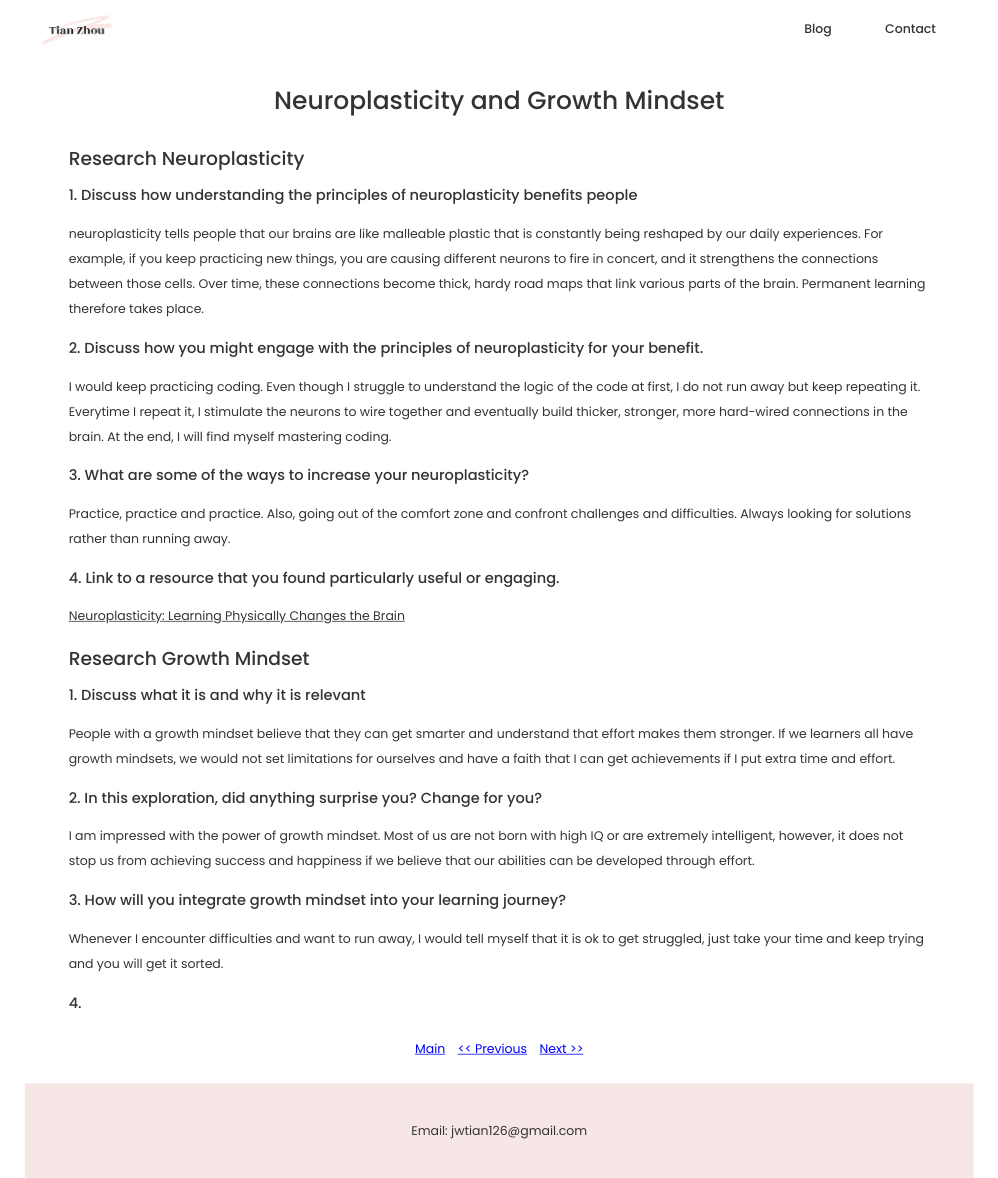
Repository: Tiaanz/Tiaanz.github.io
Page: blog/neuroplasticity.html
The author's editor kept a copy of each file at every save. The page is drawn from the files as they stood at one save, then again after a run of saves.
The browser window is 1280 px wide. The pictures show the whole page, at 78% of full size.

Above is the page before, as saved 2023-01-30 14:37:30.

After the next 3 saves:
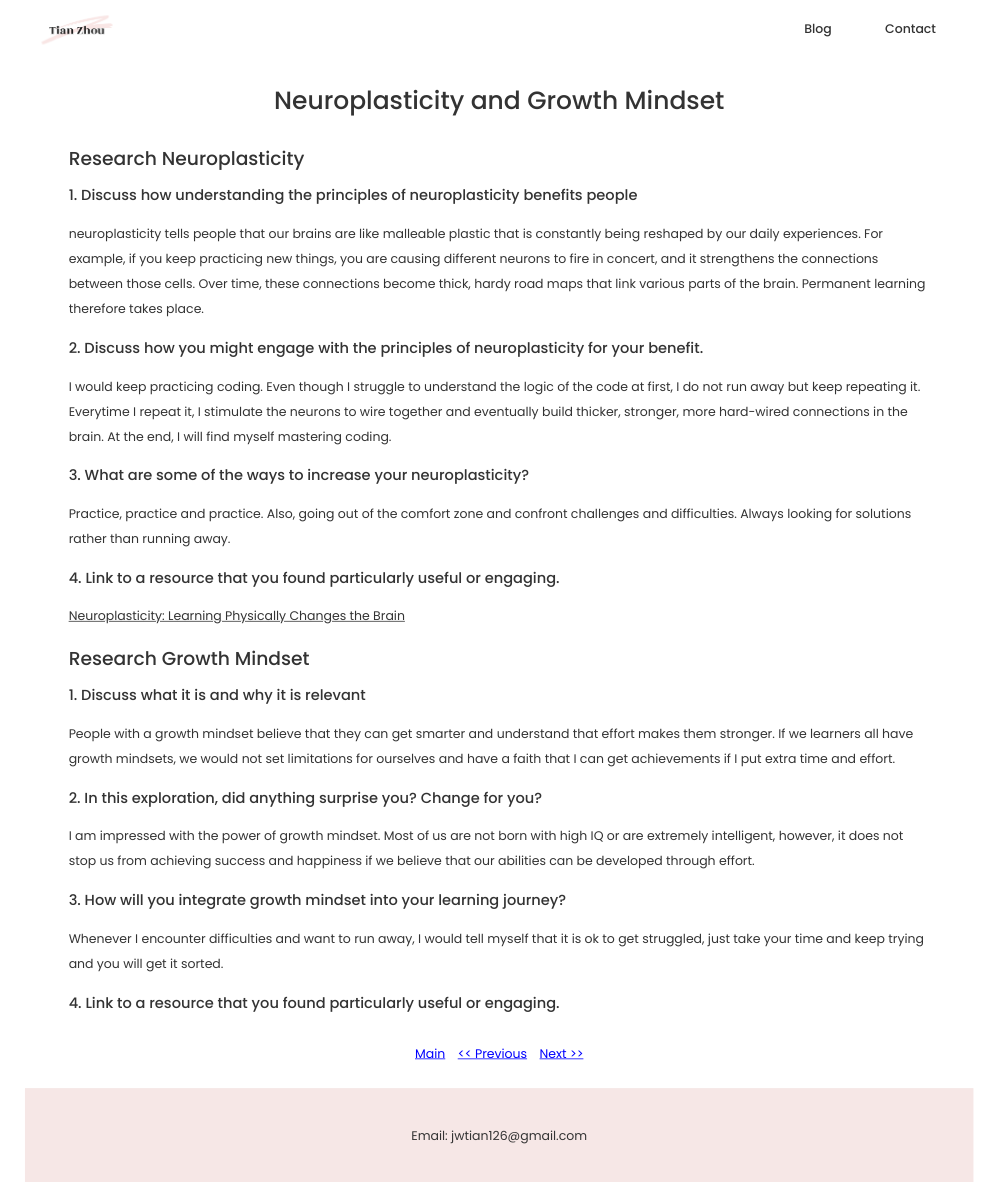
The 3 saves are shown as one change because they came seconds apart.
The last was saved 14 s later.
--- a/blog/neuroplasticity.html
+++ b/blog/neuroplasticity.html
@@ -45,7 +45,8 @@
             <p>I am impressed with the power of growth mindset. Most of us are not born with high IQ or are extremely intelligent, however, it does not stop us from achieving success and happiness if we believe that our abilities can be developed through effort.</p>
             <h3>3. How will you integrate growth mindset into your learning journey?</h3>
             <p>Whenever I encounter difficulties and want to run away, I would tell myself that it is ok to get struggled, just take your time and keep trying and you will get it sorted.</p>
-            <h3>4. </h3>
+            <h3>4. Link to a resource that you found particularly useful or engaging.</h3>
+            <p></p>
             <div class="page-nav">
                 <a href="../index.html">Main</a>
                 <a href="./emotional-intelligence.html"> &lt&lt Previous</a>
